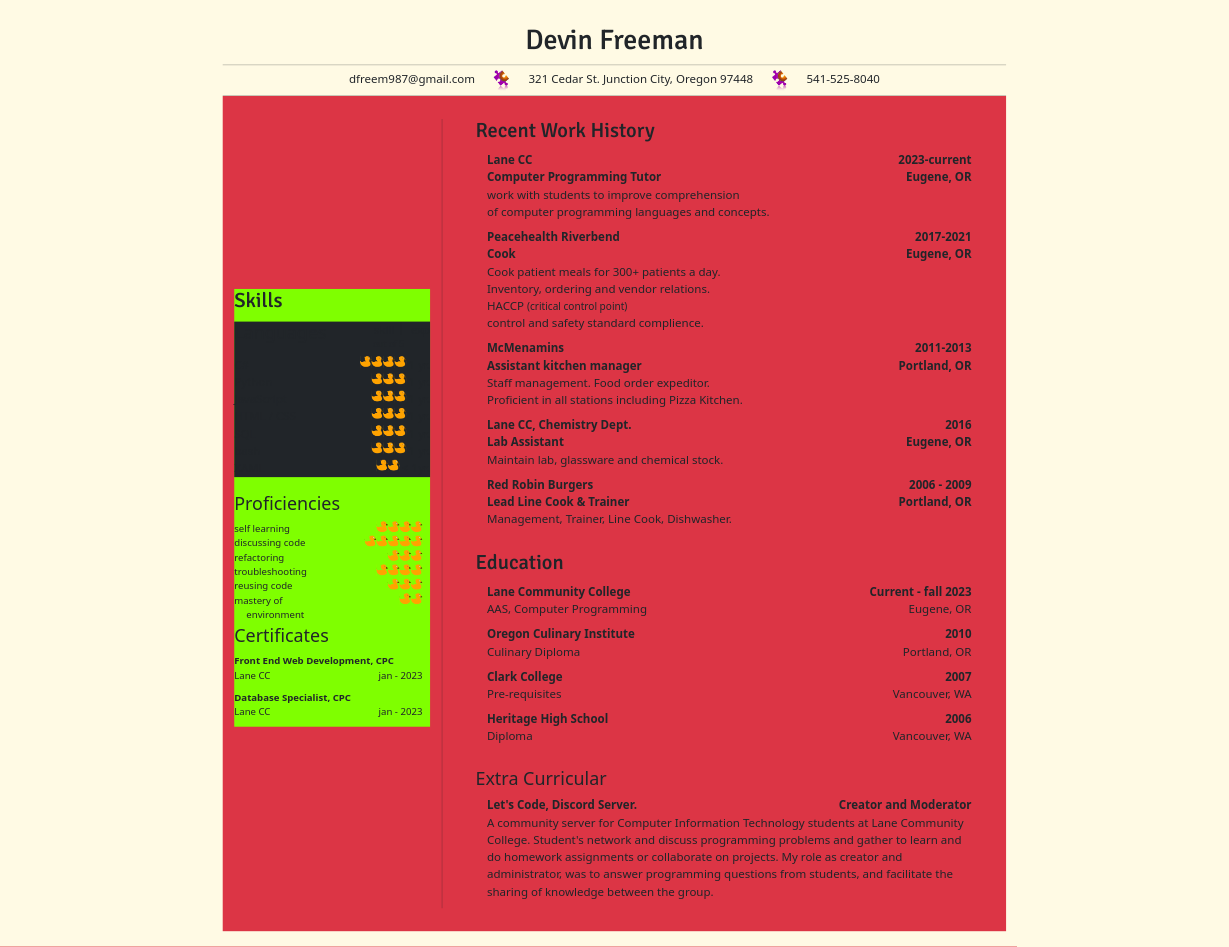
Repository: Dfreem/Resume
Page: index.html
The author's editor kept a copy of each file at every save. The page is drawn from the files as they stood at one save, then again after the next save.
The browser window is 1280 px wide. The pictures show the whole page, at 96% of full size.

Above is the page before, as saved 2023-02-12 19:59:32.

After the next save:
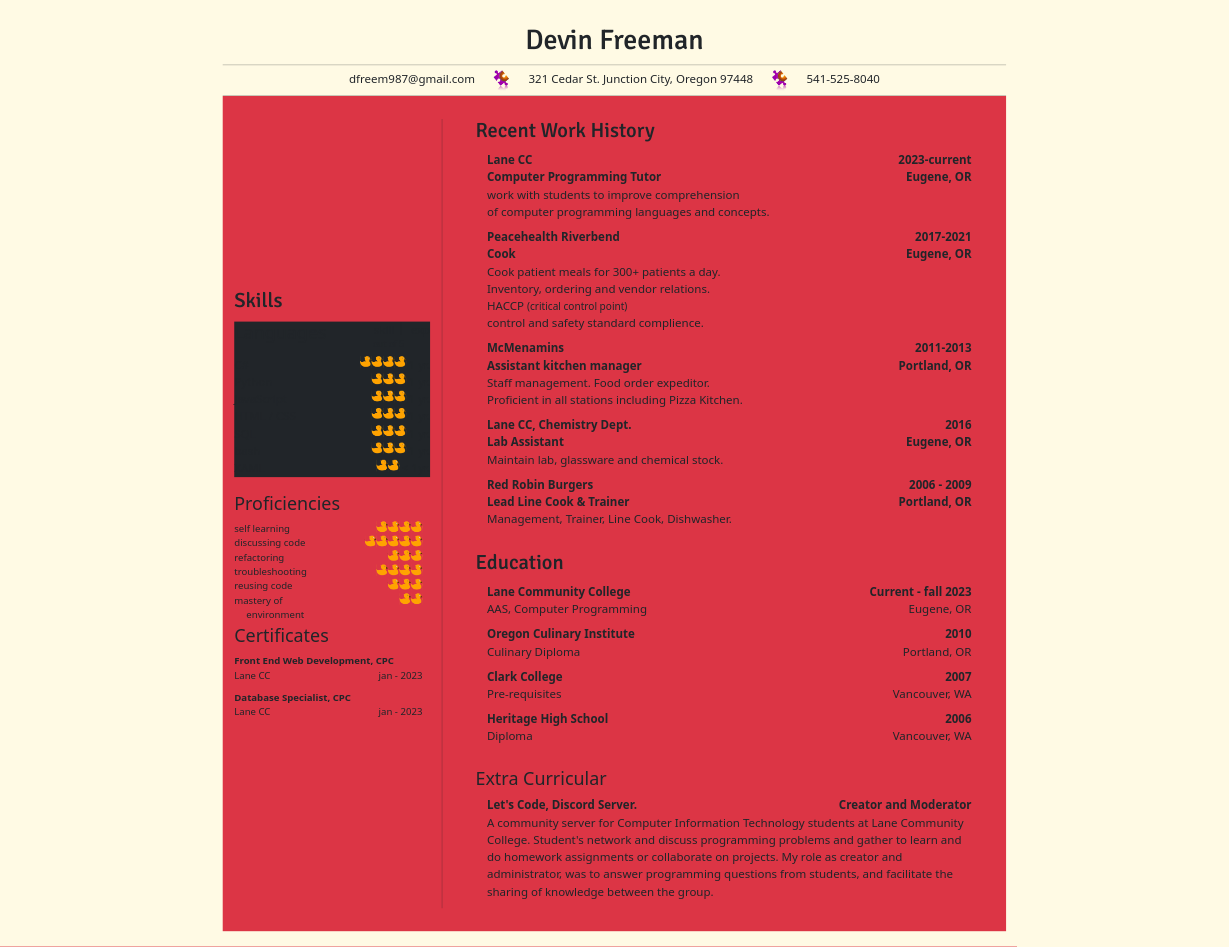
Saved 18 s later.
--- a/resume.css
+++ b/resume.css
@@ -64,7 +64,7 @@ h4 {
     min-width:25%;
     margin-inline:1em;
     margin-block-end: 1em;
-    background-color: chartreuse;
+    /* background-color: chartreuse; */
 }
 
 .push-right {
